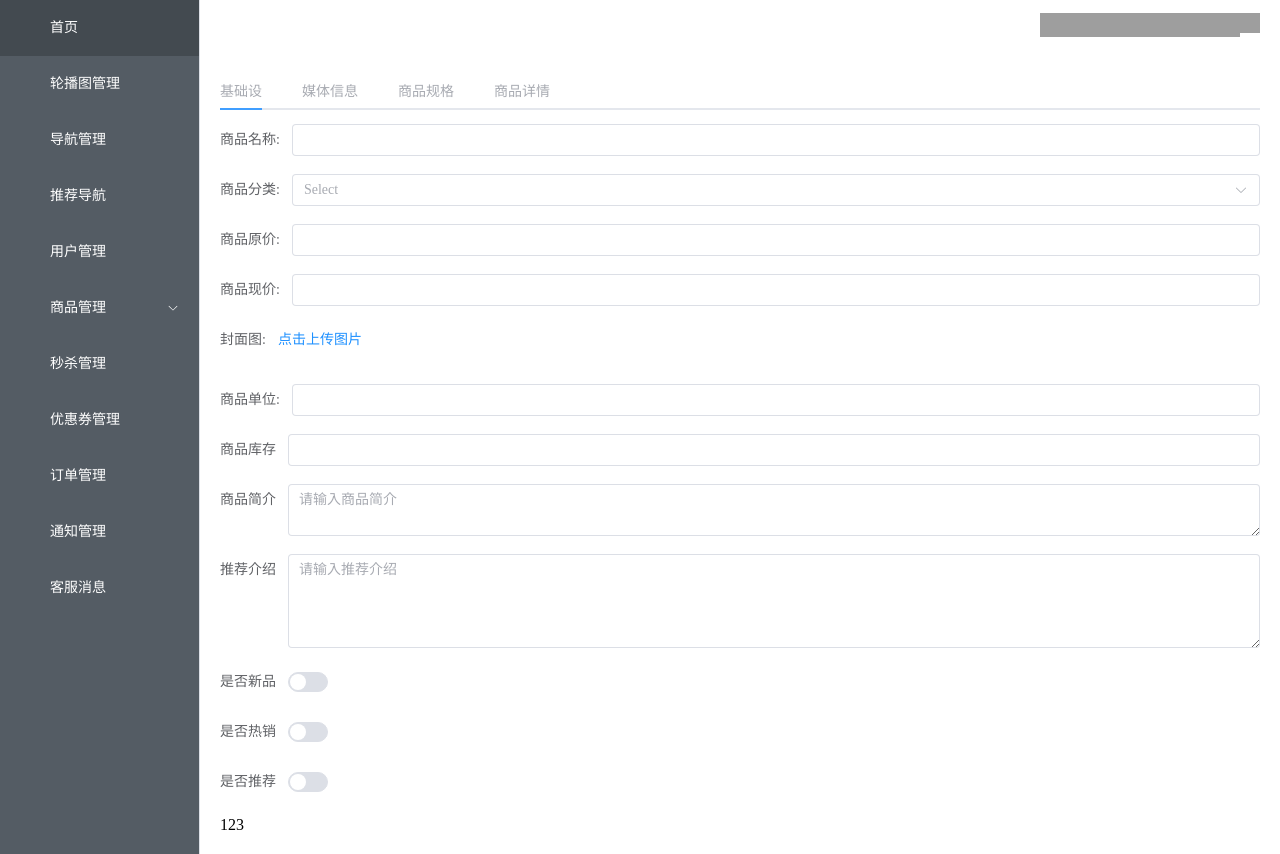
Repository: xinwuhao/CCG
Page: /addgoods
These files come from the project's save history. The page is drawn as it stood at one moment and after the next save; the edit follows.
The browser window is 1280 px wide. The pictures show the whole page.
Pictures or frames that could not be fetched are drawn as grey boxes. The page's requests for data from a server got no answer. The project was rebuilt for these pictures with package versions that can differ from the ones it lists, and the page was loaded fresh each time. No one was signed in, and anything a server would have sent is missing. Also part of the build but not shown: vite.config.ts.

Above is the page before, as saved 2021-09-24 13:53:32.

### src/main.ts
import { createApp } from 'vue'
import App from "./App.vue";
import router from "./router"
import ElementPlus from 'element-plus'
import 'element-plus/dist/index.css'
import * as Icons from '@element-plus/icons'
import { toLine } from './utils/index'

const app = createApp(App)

for (let i in Icons) {
    app.component(`el-icon${toLine(i)}`, (Icons as any)[i])
}

app.use(router)
app.use(ElementPlus)
app.mount('#app')

### src/App.vue
<template>
  <div>
    <router-view></router-view>
  </div>
</template>

<script setup lang="ts">
</script>

<style lang='scss'>
@import "./scssbox.scss";
</style>

### src/router/index.ts
import { createRouter, createWebHistory, RouteRecordRaw } from 'vue-router'
// import Home from '../views/homepage/homepage.vue'
import Layout from '../views/layout/Layout.vue'

const routes: Array<RouteRecordRaw> = [
  {
    path: '/login',
    name: 'Logon',
    component: () => import('../views/login/Login.vue'),
    meta: {
      title: '登录'
    }
  },
  {
    path: '/',
    component: Layout,
    // 子路由: children
    children: [
      {
        path: '/',
        name: '/',
        component: () => import('../views/homepage/homepage.vue'),
        meta: {
          title: '首页',
          meta: '/homepage'
        }
      },
      {
        path: '/discount',
        name: 'discount',
        component: () => import('../views/discount/discount.vue'),
        meta: {
          title: '优惠券管理',
          meta: '/discount'
        }
      },
      {
        path: '/navigation',
        name: 'navigation',
        component: () => import('../views/navigation/navigation.vue'),
        meta: {
          title: '导航管理',
          meta: '/navigation'
        }
      },
      {
        path: '/swiper',
        name: 'swiper',
        component: () => import('../views/swiper/swiper.vue'),
        meta: {
          title: '轮播图管理',
          meta: '/swiper'
        }
      },
      {
        path: '/recommend',
        name: 'recommend',
        component: () => import('../views/recommend/recommend.vue'),
        meta: {
          title: '推荐导航',
          meta: '/recommend'
        }
      },
      {
        path: '/user',
        name: 'user',
        component: () => import('../views/user/user.vue'),
        meta: {
          title: '用户管理',
          meta: '/user'
        }
      },
      {
        path: '/addgoods',
        name: 'addgoods',
        component: () => import('../views/goods/addgoods.vue'),
        meta: {
          title: '添加商品',
          meta: '/addgoods'
        }
      },
      {
        path: '/sortgoods',
        name: 'sortgoods',
        component: () => import('../views/goods/sortgoods.vue'),
        meta: {
          title: '商品分类',
          meta: '/sortgoods'
        }
      },
      {
        path: '/modelgoods',
        name: 'modelgoods',
        component: () => import('../views/goods/modelgoods.vue'),
        meta: {
          title: '商品模型',
          meta: '/modelgoods'
        }
      },
      {
        path: '/specsgoods',
        name: 'specsgoods',
        component: () => import('../views/goods/specsgoods.vue'),
        meta: {
          title: '商品规格',
          meta: '/specsgoods'
        }
      },
      {
        path: '/parametergoods',
        name: 'parametergoods',
        component: () => import('../views/goods/parametergoods.vue'),
        meta: {
          title: '商品参数',
          meta: '/parametergoods'
        }
      },
      {
        path: '/specifications',
        name: 'specifications',
        component: () => import('../views/goods/specifications.vue'),
        meta: {
          title: '规格参数',
          meta: '/specifications'
        }
      },
      {
        path: '/seckill',
        name: 'seckill',
        component: () => import('../views/seckill/seckill.vue'),
        meta: {
          title: '秒杀管理',
          meta: '/seckill'
        }
      },
      {
        path: '/order',
        name: 'order',
        component: () => import('../views/order/order.vue'),
        meta: {
          title: '订单管理',
          meta: '/order'
        }
      },
      {
        path: '/notice',
        name: 'notice',
        component: () => import('../views/notice/notice.vue'),
        meta: {
          title: '通知管理',
          meta: '/notice'
        }
      },
      {
        path: '/news',
        name: 'news',
        component: () => import('../views/news/news.vue'),
        meta: {
          title: '客服消息',
          meta: '/news'
        }
      },
    ]
  }
]

const router = createRouter({
  history: createWebHistory(),
  routes
})

router.beforeEach((to, from, next) => {
  document.title = to.meta.title as string
  next()
})

export default router

### src/utils/index.ts
export const toLine = (str: string) => {
  return str.replace(/([A-Z])/g, "-$1").toLowerCase()
}

### src/scssbox.scss
* {
    margin: 0;
    padding: 0;
}

html,
body,
#app,
.el-container,
.el-menu {
    height: 100%;
}

### src/views/layout/Layout.vue
<template>
  <el-container>
    <el-aside width="auto">
      <nav-left :isCollapse='isCollapse'></nav-left>
    </el-aside>
    <el-container>
     <el-header>
        <nav-header v-model:isCollapse='isCollapse'></nav-header>
     </el-header>
      <el-main>
        <router-view></router-view>
      </el-main>
    </el-container>
  </el-container>
</template>

<script setup lang="ts">
import { ref, reactive } from 'vue'
import NavHeader from  '../../components/navHeader/NavHeader.vue'
import NavLeft from  '../../components/navLeft/NavLeft.vue'

interface Data {
  name: string,
  age: number
}

let isCollapse = ref<boolean>(false)
let data = reactive<Data>({
  name: 'jack',
  age: 20
})
</script>

<style scoped lang="scss">
.el-header {
  height: 50px;
  padding: 0;
}
</style>

### src/views/goods/addgoods.vue
<template>
  <div>
    <div v-if="judge == 0">
      <div class="searchBox">
        <el-input
          placeholder="请输入内容"
          v-model="input"
          clearable
          class="inputBox"
        >
        </el-input>
        <el-button icon="el-icon-search" @click="obtain"></el-button>
        <el-button type="primary" @click="ON">添加商品</el-button>
      </div>
      <!-- 表格 -->
      <div style="margin-top: 20px">
        <el-table :data="tableData" border style="width: 100%">
          <el-table-column label="#" type="index" width="50"> </el-table-column>
          <el-table-column prop="content" label="商品名称"> </el-table-column>
          <el-table-column prop="content" label="商品原价"> </el-table-column>
          <el-table-column prop="content" label="商品现价"> </el-table-column>
          <el-table-column prop="content" label="商品库存"> </el-table-column>
          <el-table-column label="是否新品">
            <template #default="scope">
              <div>
                {{ scope.row.isShow == true ? "是" : "否" }}
              </div>
            </template>
          </el-table-column>
          <el-table-column label="是否热卖">
            <template #default="scope">
              <div>
                {{ scope.row.isShow == true ? "是" : "否" }}
              </div>
            </template>
          </el-table-column>
          <el-table-column label="是否推荐">
            <template #default="scope">
              <div>
                {{ scope.row.isShow == true ? "是" : "否" }}
              </div>
            </template>
          </el-table-column>
          <el-table-column fixed="right" label="上下架">
            <template #default="scope">
              <el-switch
                v-model="scope.row.isShow"
                active-color="#1E90FF"
                inactive-color="#ff4949"
                @change="chen(scope.row)"
              >
              </el-switch>
            </template>
          </el-table-column>
          <el-table-column fixed="right" label="操作">
            <template #default="scope">
              <el-button @click="reduce(scope.row)" type="text" size="small"
                >删除</el-button
              >
              <el-button type="text" size="small" @click="alter(scope.row)"
                >编辑</el-button
              >
            </template>
          </el-table-column>
        </el-table>
      </div>
    </div>

    <!-- 添加商品弹出层 -->
    <div v-if="judge !== 0">
      <el-tabs v-model="judge">
        <el-tab-pane label="基础设" name="1" disabled>
          <el-form :model="swiper" ref="ruleForm" class="demo-ruleForm">
            <el-form-item label="商品名称:" prop="title">
              <el-input v-model="swiper.title" class="inpud"></el-input>
            </el-form-item>
            <el-form-item label="商品分类:" prop="parentId">
              <el-select
                v-model="swiper.parentId"
                placeholder="Select"
                style="width: 100%"
              >
                <el-option-group
                  v-for="group in options"
                  :key="group.name"
                  :label="group.name"
                >
                  <el-option
                    v-for="item in group.list"
                    :key="item.name"
                    :label="item.name"
                    :value="item._id"
                  >
                  </el-option>
                </el-option-group>
              </el-select>
            </el-form-item>
            <el-form-item label="商品原价:" prop="title">
              <el-input v-model="swiper.title" class="inpud"></el-input>
            </el-form-item>
            <el-form-item label="商品现价:" prop="title">
              <el-input v-model="swiper.title" class="inpud"></el-input>
            </el-form-item>
            <el-form-item label="封面图:" prop="img">
              <el-upload
                class="upload-demo"
                action="http://localhost:1001/admin/upload"
                :headers="abc"
                :on-success="upimg"
                list-type="picture"
                :file-list="fileList"
              >
                <div class="blueFont">点击上传图片</div>
              </el-upload>
            </el-form-item>
            <el-form-item label="商品单位:" prop="title">
              <el-input v-model="swiper.title" class="inpud"></el-input>
            </el-form-item>
            <el-form-item label="商品库存" prop="path">
              <el-input v-model="swiper.path" class="inpud"></el-input>
            </el-form-item>
            <el-form-item label="商品简介" prop="path">
              <el-input
                v-model="swiper.spec_item"
                :rows="2"
                type="textarea"
                placeholder="请输入商品简介"
              />
            </el-form-item>
            <el-form-item label="推荐介绍" prop="path">
              <el-input
                v-model="swiper.spec_item"
                :rows="4"
                type="textarea"
                placeholder="请输入推荐介绍"
              />
            </el-form-item>

            <el-form-item label="是否新品" prop="path">
              <el-switch
                v-model="swiper.isShow"
                active-color="#13ce66"
                inactive-color="#ff4949"
                @change="chen"
              >
              </el-switch>
            </el-form-item>
            <el-form-item label="是否热销" prop="path">
              <el-switch
                v-model="swiper.isShow"
                active-color="#13ce66"
                inactive-color="#ff4949"
                @change="chen"
              >
              </el-switch>
            </el-form-item>
            <el-form-item label="是否推荐" prop="path">
              <el-switch
                v-model="swiper.isShow"
                active-color="#13ce66"
                inactive-color="#ff4949"
                @change="chen"
              >
              </el-switch>
            </el-form-item>
          </el-form>
          <div>123</div>
        </el-tab-pane>

        <el-tab-pane label="媒体信息" name="2" disabled>Config</el-tab-pane>
        <el-tab-pane label="商品规格" name="3" disabled>Role</el-tab-pane>
        <el-tab-pane label="商品详情" name="4" disabled>Task</el-tab-pane>
      </el-tabs>
    </div>
  </div>
</template>

<script setup lang="ts">
import { ref, onMounted } from "vue";
import api from "../../http/aip";
import { ElMessage } from "element-plus";

// 输入框
let input = ref<any>("");
//切换层
let judge = ref<string>("1");
//上传图片token
let abc = { Authorization: localStorage.getItem("token") };
//接受图片路径
let fileList = ref<any>([]);
// 下拉
let options = ref<any>([]);
//表格数据
let tableData = ref<any>([]);
//表单
let swiper = ref<any>({
  content: "",
});
//添加按钮
let ON = () => {
  judge.value = "1";
};
//上传图片请求成功
let upimg = (file: any) => {
  swiper.value.img = file.data;
};
// 获取分类
let sort = () => {
  api
    .getCategory("")
    .then((res: any) => {
      if (res.code == 200) {
        options.value = res.data;
      }
    })
    .catch((err: any) => {
      console.log(err);
    });
};
//删除
let reduce = (e: any) => {
  api
    .delNotice(e._id)
    .then((res: any) => {
      if (res.code == 200) {
        ElMessage.success({
          message: `${res.msg}`,
          type: "success",
        });
        obtain();
      } else ElMessage.error(`${res.msg}`);
    })
    .catch((err: any) => {
      console.log(err);
    });
};
//显示
let chen = (e: any) => {
  api
    .showNotice({
      id: e._id,
      isShow: e.isShow,
    })
    .then((res: any) => {
      if (res.code == 200) {
        ElMessage.success({
          message: `${res.msg}`,
          type: "success",
        });
        obtain();
      } else ElMessage.error(`${res.msg}`);
    })
    .catch((err: any) => {
      console.log(err);
    });
};
let current = ref<number>(1);
let pageSize = ref<number>(10);
//获取数据
let obtain = () => {
  api
    .getNotice({
      current: current.value,
      pageSize: pageSize.value,
      query: input.value,
    })
    .then((res: any) => {
      if (res.code == 200) {
        tableData.value = res.data;
      }
    })
    .catch((err: any) => {
      console.log(err);
    });
};
onMounted(() => {
  obtain();
  sort();
});
</script>

<style scoped>
.searchBox {
  display: flex;
}
.inputBox {
  width: 300px;
}
.blueFont {
  color: #1e90ff;
}
.imgBox {
  width: 100px;
  height: 100px;
}
</style>

### src/components/navHeader/NavHeader.vue
<template>
  <div class="header">
    <div @click="toggle" class="cent">
      <el-icon-expand v-if="isCollapse"></el-icon-expand>
      <el-icon-fold v-else></el-icon-fold>
      <div class="cenn">
        <iframe
          width="200"
          height="24"
          frameborder="0"
          scrolling="no"
          hspace="0"
          src="https://i.tianqi.com/?c=code&id=11"
        ></iframe>
        <div>
          <img
            src="https://img0.baidu.com/it/u=3730772664,138405132&fm=26&fmt=auto"
            class="img"
          />
        </div>
      </div>
    </div>
  </div>
</template>

<script lang='ts' setup>
import { ref } from "vue";
import { Fold, Expand } from "@element-plus/icons";

let props = defineProps({
  isCollapse: {
    type: Boolean,
    default: false,
  },
});
let emits = defineEmits(["update:isCollapse"]);
let toggle = () => {
  emits("update:isCollapse", !props.isCollapse);
};
</script>

<style lang='scss' scoped>
svg {
  width: 20px;
  height: 20px;
}
.header {
  height: 50px;
  display: flex;
  align-items: center;
  padding: 0 20px;
}
.cent {
  display: flex;
  width: 100%;
}
.cenn {
  display: flex;
  justify-content: flex-end;
  width: 100%;
}
.img {
  width: 20px;
  height: 20px;
}
</style>

### src/components/navLeft/NavLeft.vue
<template>
  <el-menu
    :uniqueOpened="true"
    default-active="1"
    class="el-menu"
    background-color="#545c64"
    text-color="#fff"
    active-text-color="#ffd04b"
    :collapse="isCollapse"
    :router="true"
  >
    <template v-for="(item, index) in arr" :key="index">
      <el-menu-item :index="item.path" v-if="item.name !== '商品管理'">
        <component :is="item.i" class="iconbox"></component>
        <template #title>{{ item.name }}</template>
      </el-menu-item>
      <el-sub-menu :index="item.path" v-else>
        <template #title>
          <component :is="item.i" class="iconbox"></component>
          <span>{{ item.name }}</span>
        </template>
        <template v-for="(item1, index1) in arr1" :key="index1">
          <el-menu-item :index="item1.path">
            <component :is="item1.i" class="iconbox"></component>
            <span> {{ item1.name }}</span>
          </el-menu-item>
        </template>
      </el-sub-menu>
    </template>
  </el-menu>
</template>

<script lang='ts' setup>
import { ref } from "vue";
let arr = ref<any>([
  { name: "首页", i: "el-icon-house", path: "/" },
  { name: "轮播图管理", i: "el-icon-help", path: "/swiper" },
  { name: "导航管理", i: "el-icon-data-line", path: "/navigation" },
  { name: "推荐导航", i: "el-icon-document-copy", path: "/recommend" },
  { name: "用户管理", i: "el-icon-user", path: "/user" },
  { name: "商品管理", i: "el-icon-paperclip", path: "" },
  { name: "秒杀管理", i: "el-icon-reading", path: "/seckill" },
  { name: "优惠券管理", i: "el-icon-coin", path: "/discount" },
  { name: "订单管理", i: "el-icon-set-up", path: "/order" },
  { name: "通知管理", i: "el-icon-microphone", path: "/notice" },
  { name: "客服消息", i: "el-icon-chat-line-round", path: "/news" },
]);
let arr1 = ref<any>([
  { name: "添加商品", i: "el-icon-document-add", path: "/addgoods" },
  { name: "商品分类", i: "el-icon-tickets", path: "/sortgoods" },
  { name: "商品模型", i: "el-icon-set-up", path: "/modelgoods" },
  { name: "商品规格", i: "el-icon-position", path: "/specsgoods" },
  { name: "商品参数", i: "el-icon-cpu", path: "/parametergoods" },
  { name: "规格参数", i: "el-icon-takeaway-box", path: "/specifications" },
]);
let props = defineProps({
  isCollapse: {
    type: Boolean,
    default: false,
  },
});
</script>

<style lang='scss' scoped>
.el-menu:not(.el-menu--collapse) {
  width: 200px;
}
.iconbox {
  width: 20px;
  height: 20px;
  margin-right: 10px;
}
</style>

### src/http/index.ts
import axios, { AxiosError, AxiosRequestConfig, AxiosResponse } from 'axios'


const http = axios.create({
   baseURL: 'http://localhost:1001',
   timeout: 10000
})


http.interceptors.request.use((config: AxiosRequestConfig) => {
   let token = localStorage.getItem('token')
   if (token) {
      config.headers['Authorization'] = token
   }
   return config
}, (err: AxiosError) => {
   return Promise.reject(err)
})


http.interceptors.response.use((res: any) => {
   return res.data
}, (err: AxiosError) => {
   let status: number = err.response! && err.response!.status
   if (status === 401) {

   }
   if (status === 400) {

   }
   if (status === 403) {

   }
   if (status === 404) {

   }
   if (status === 500) {

   }
   if (status === 503) {

   }
   return Promise.reject(err)
})


export default http

Loaded but not shown: index.html (common file); src/http/aip.ts (485 lines, source omitted)

After the next save:
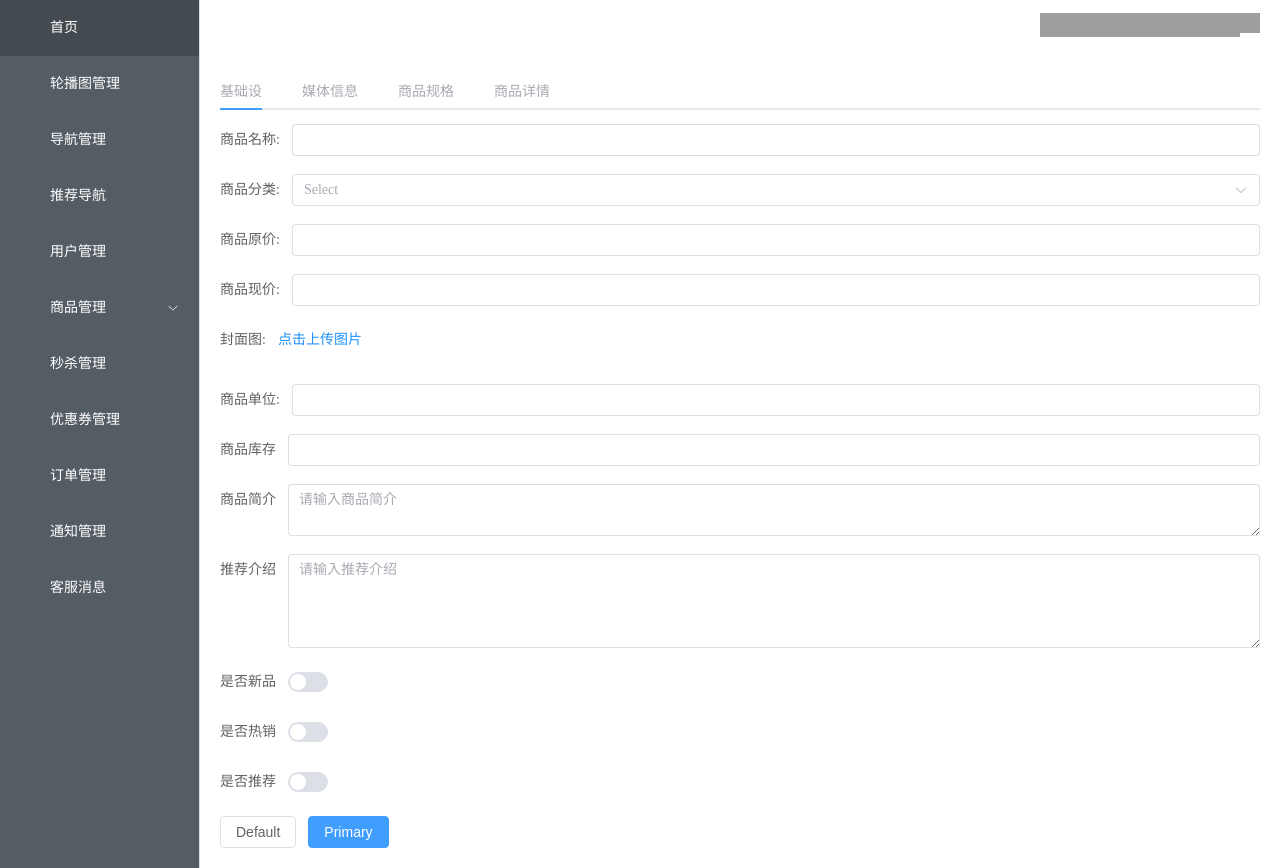
Saved 46 s later.
--- a/src/views/goods/addgoods.vue
+++ b/src/views/goods/addgoods.vue
@@ -164,7 +164,10 @@
               </el-switch>
             </el-form-item>
           </el-form>
-          <div>123</div>
+          <div>
+            <el-button>Default</el-button>
+            <el-button type="primary">Primary</el-button>
+          </div>
         </el-tab-pane>
 
         <el-tab-pane label="媒体信息" name="2" disabled>Config</el-tab-pane>
